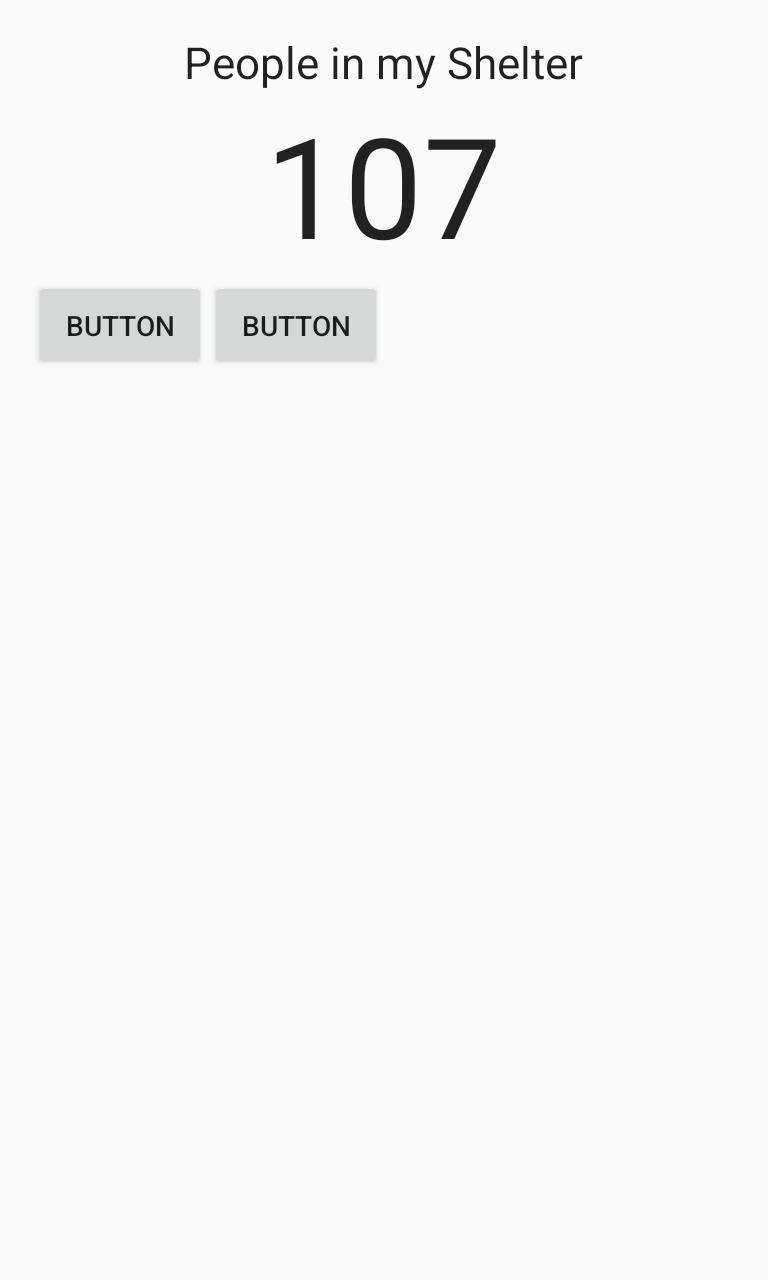
Repository: ckskylight/HackMIT-2014
Layout: HelpMe/res/layout/activity_shelter.xml
An editor plug-in stored every save of this project. The layout is shown before and after the next save, followed by the edit.
It is drawn on a 768 x 1280 px phone screen (xhdpi) without system bars, with theme AppTheme; the app's code is not run.

Above is the layout before, as saved 2014-10-05 10:05:27.

### HelpMe/res/layout/activity_shelter.xml
<LinearLayout xmlns:android="http://schemas.android.com/apk/res/android"
    xmlns:tools="http://schemas.android.com/tools"
    android:id="@+id/LinearLayout1"
    android:layout_width="match_parent"
    android:layout_height="match_parent"
    android:orientation="vertical"
    android:paddingBottom="@dimen/activity_vertical_margin"
    android:paddingLeft="@dimen/activity_horizontal_margin"
    android:paddingRight="@dimen/activity_horizontal_margin"
    android:paddingTop="@dimen/activity_vertical_margin"
    android:gravity="center_horizontal"
    tools:context="com.example.helpme.ShelterActivity" >

    <TextView
        android:id="@+id/textView1"
        android:layout_width="wrap_content"
        android:layout_height="wrap_content"
        android:text="@string/people_in_shelter"
        android:textAppearance="?android:attr/textAppearanceLarge" />

    <TextView
        android:id="@+id/textView2"
        android:layout_width="wrap_content"
        android:layout_height="wrap_content"
        android:text="@string/num_people"
        android:textAppearance="?android:attr/textAppearanceLarge"
        android:textSize="70sp" />

    <LinearLayout
        android:layout_width="match_parent"
        android:layout_height="wrap_content" >

        <Button
            android:id="@+id/button1"
            android:layout_width="wrap_content"
            android:layout_height="wrap_content"
            android:text="Button" />

        <Button
            android:id="@+id/button2"
            android:layout_width="wrap_content"
            android:layout_height="wrap_content"
            android:text="Button" />

    </LinearLayout>

</LinearLayout>

### HelpMe/res/values/strings.xml
<?xml version="1.0" encoding="utf-8"?>
<resources>

    <string name="app_name">HelpMe</string>
    <string name="title_section1">Help Me</string>
    <string name="title_section2">Help Others</string>
    <string name="hello_world">Hello world!</string>
    <string name="action_settings">Settings</string>
    <string name="help_me">Help Me</string>
    <string name="phone_hint">Phone Number</string>
    <string name="name_hint">Name</string>
    <string name="description_hint">Description</string>
    <string name="help_others">Volunteer My Place</string>
    <string name="title_activity_shelter">ShelterActivity</string>
    <string name="people_in_shelter">People in my Shelter</string>
    <string name="num_people">107</string>

</resources>

Loaded but not shown: HelpMe/res/values/styles.xml (common file); HelpMe/res/values-v11/styles.xml (common file); HelpMe/res/values-v14/styles.xml (common file); HelpMe/res/values/dimens.xml (common file); HelpMe/res/values-w820dp/dimens.xml (common file)

After the next save:
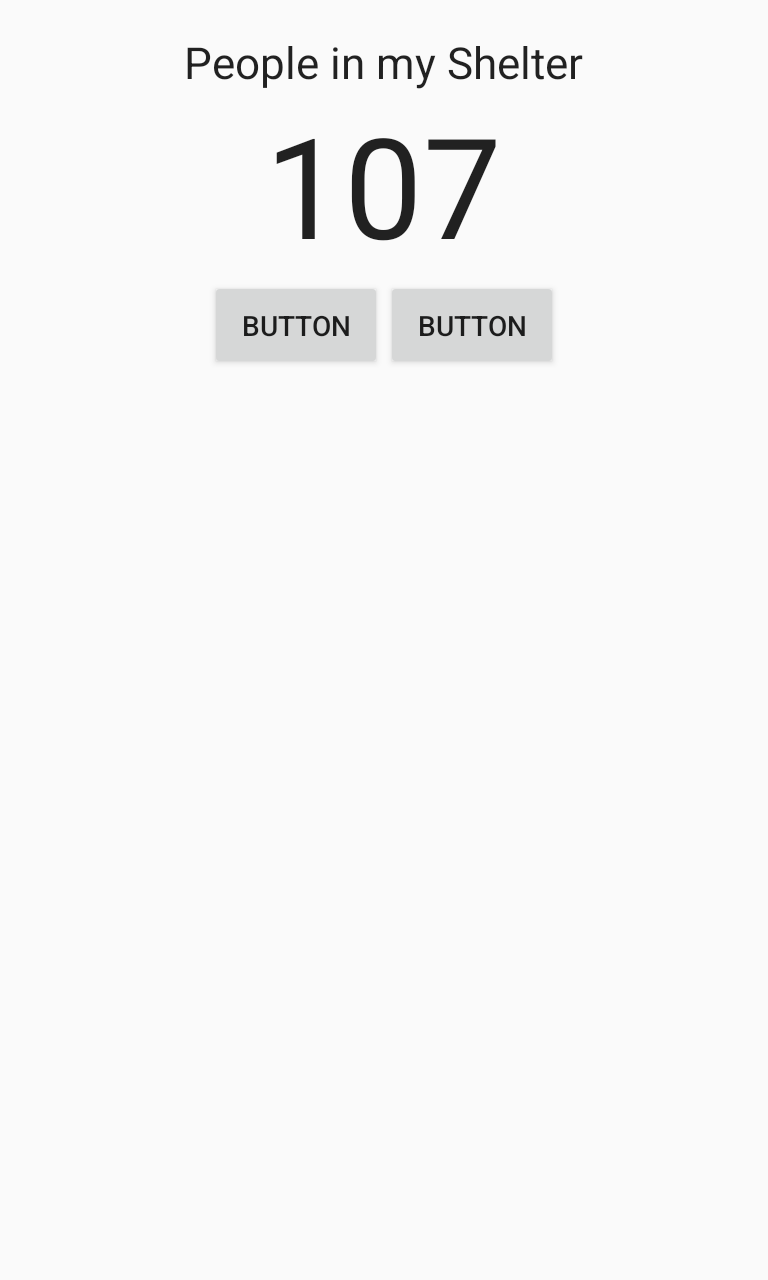
Saved 27 s later.
--- a/HelpMe/res/layout/activity_shelter.xml
+++ b/HelpMe/res/layout/activity_shelter.xml
@@ -27,6 +27,8 @@
         android:textSize="70sp" />
 
     <LinearLayout
+        android:orientation="horizontal"
+        android:gravity="center_horizontal"
         android:layout_width="match_parent"
         android:layout_height="wrap_content" >
 
